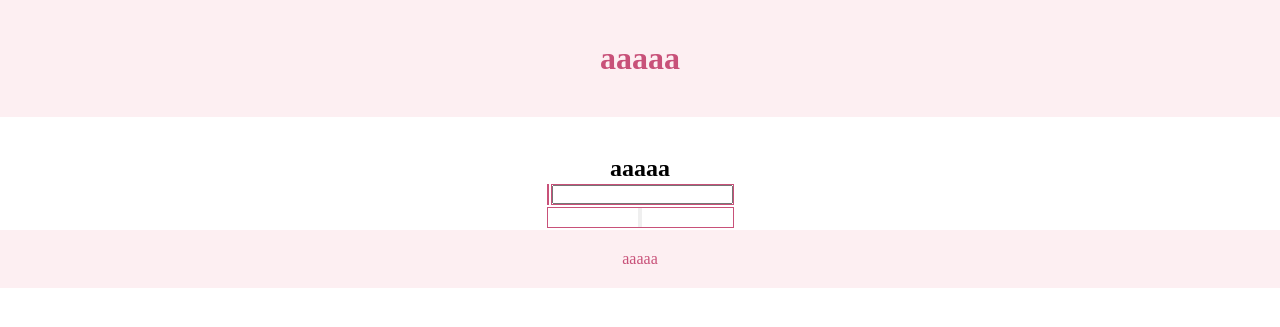
Repository: SeolhwaPark/JSL40_HRDKOREA
Page: http://localhost/HRD_0429/
The author's editor kept a copy of each file at every save. The page is drawn from the files as they stood at one save, then again after the next save.
The browser window is 1280 px wide. The pictures show the whole page.
The page is served by Tomcat 9. Other server files are loaded and not shown.

Above is the page before, as saved 2020-04-29 04:17:32.

### HRD_0429/WebContent/index.jsp
<%@ page language="java" contentType="text/html; charset=UTF-8"
    pageEncoding="UTF-8"%>
<!DOCTYPE html>
<html>
<head>
<meta charset="UTF-8">
<title>Insert title here</title>
<style type="text/css">
*{padding:0;margin:0}
.logo{padding:40px 0; text-align:center; color:#c85179; background-color:#fdeff2}
.navi{padding:10px 0; overflow:hidden}
.navi ul, li{padding:0 10px; float:left; list-style:none}
a{padding:20px; text-decoration:none; color:#fff}

.section{}
.title{text-align:center;}
.content{margin:0}
.content table{margin:0 auto}
.content table th,td{text-align:center; border:1px solid #c85179}
.btn_group{text-align:center;}

.footer{padding:20px;background-color:#fdeff2}
.footer p{text-align:center;color:#c85179}

</style>
<script type="text/javascript">

</script>
</head>
<body>

<div class="header">
<header>
	<h1 class="logo">aaaaa</h1>
	<nav class="navi">
		<ul>
			<li><a href="">aaaaa</a></li>
			<li><a href=""></a></li>
			<li><a href=""></a></li>
			<li><a href=""></a></li>
		</ul>
	</nav>
</header>
</div>
<div class="section">
<section>
	<h2 class="title">aaaaa</h2>
	<div class="content">
		<form name="" method="post" action="">
			<table>
				<tr>
					<th></th>
					<td><input type="text" name="" value="">
					</td>
				</tr>
				<tr>
					<td	colspan="2" class="btn_group">
						<input type="button" value="" onClick="">
					</td>
				</tr>
			</table>
		</form>
	</div>
</section>
</div>
<div class="footer">
<footer>
	<p>aaaaa</p>
</footer>
</div>


</body>
</html>

After the next save:
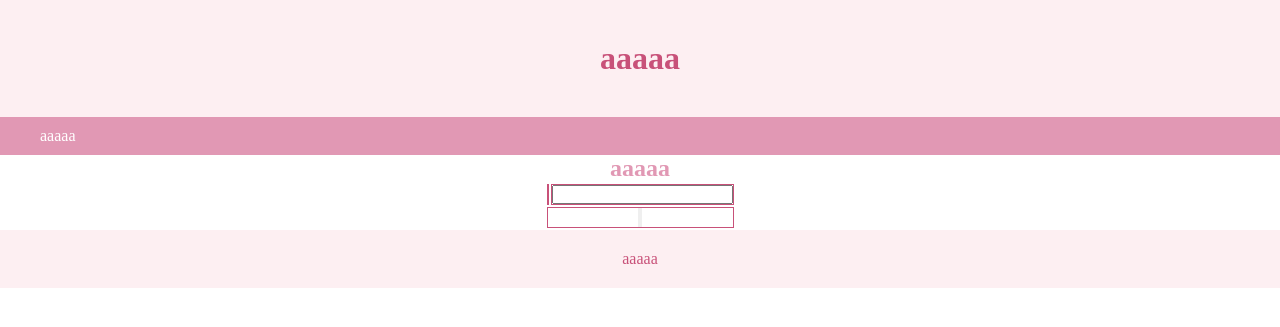
Saved 55 s later.
--- a/HRD_0429/WebContent/index.jsp
+++ b/HRD_0429/WebContent/index.jsp
@@ -8,15 +8,15 @@
 <style type="text/css">
 *{padding:0;margin:0}
 .logo{padding:40px 0; text-align:center; color:#c85179; background-color:#fdeff2}
-.navi{padding:10px 0; overflow:hidden}
+.navi{padding:10px 0; overflow:hidden;background-color:#e198b4}
 .navi ul, li{padding:0 10px; float:left; list-style:none}
 a{padding:20px; text-decoration:none; color:#fff}
 
-.section{}
+.section{color:#e198b4}
 .title{text-align:center;}
 .content{margin:0}
 .content table{margin:0 auto}
-.content table th,td{text-align:center; border:1px solid #c85179}
+.content table th,td{text-align:center; color:#e198b4;border:1px solid #c85179}
 .btn_group{text-align:center;}
 
 .footer{padding:20px;background-color:#fdeff2}
